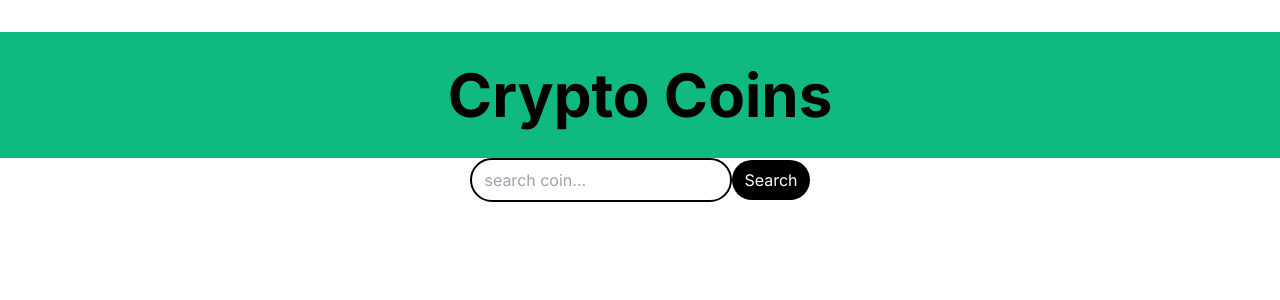
Repository: bittu-Patel/coins
Page: /
An editor plug-in stored every save of this project. The page is shown before and after a run of saves, followed by the edit.
The browser window is 1280 px wide. The pictures show the whole page.
The page's requests for data from a server got no answer. The project was rebuilt for these pictures with package versions that can differ from the ones it lists, and the page was loaded fresh each time. The framework's server and built-in components were replaced by stand-ins that run in the browser. No one was signed in, and anything a server would have sent is missing. Also part of the build but not shown: next.config.js.

Above is the page before, as saved 2023-12-18 16:37:29.

### app/page.js
"use client"

import { useState, useEffect } from "react"
import Coins from "./components/Coins";
import SearchCoins from "./components/SearchCoins";


export default function Home() {
const [coins, SetCoins] = useState([]);

useEffect(() => {
  const getCoins = async () => {
    const response = await fetch('/api/coins');
    const coins = await response.json();
    SetCoins(coins.data.coins);
  }

  getCoins();
  }, []);


  return (
   <div className="text-center">
<h1 className="font-bold text-6xl mt-8 py-8 border border-emerald-500 bg-emerald-500">Crypto Coins</h1>

<SearchCoins getSearchResults={(results) => SetCoins(results)}  />
<Coins coins={coins} />
   </div>
  )
}

### app/components/Coins.jsx
import Image from "next/image"


export default function Coins({coins}) {
  return (
    <>
    <ul className="grid grid-cols-4 mx-auto max-w-[1260px] gap-12">
{coins.map(coin => (
<li key={coin.uuid} className="flex flex-col gap-4 py-8">
    <Image
    src={coin.iconUrl}
    alt={coin.name}
width={70}
height={70}
    priority
    />
    <h3>{coin.name}</h3>
    <p>{coin.symbol}</p>
<p>{coin.price}</p>
</li>
))}
    </ul>
    </>
  )
}

### app/components/SearchCoins.jsx
"use client";
import Link from "next/link";
import { useState } from "react";

export default function SearchCoins({ getSearchResults }) {
  const [query, setQuery] = useState("");

  const handleSubmit = async (e) => {
    e.preventDefault();

    const response = await fetch(`/api/coins/search?query=${query}`);
    const coin = await response.json();

    getSearchResults(coin)
  };
  return (
    <div>
      <form onSubmit={handleSubmit}>
        <input
          className="text-black border-black border-2 rounded-full px-3 py-2 "
          type="text"
          placeholder="search coin... "
          value={query}
          onChange={(e) => setQuery(e.target.value)}
        />
        <button className="bg-black hover:bg-black/60 text-white rounded-full px-3 py-2 " type="submit">Search</button>
      </form>
    </div>
  );
}

Loaded but not shown: app/layout.js (common file); app/globals.css (common file); tailwind.config.js (common file)

After the next 3 saves:
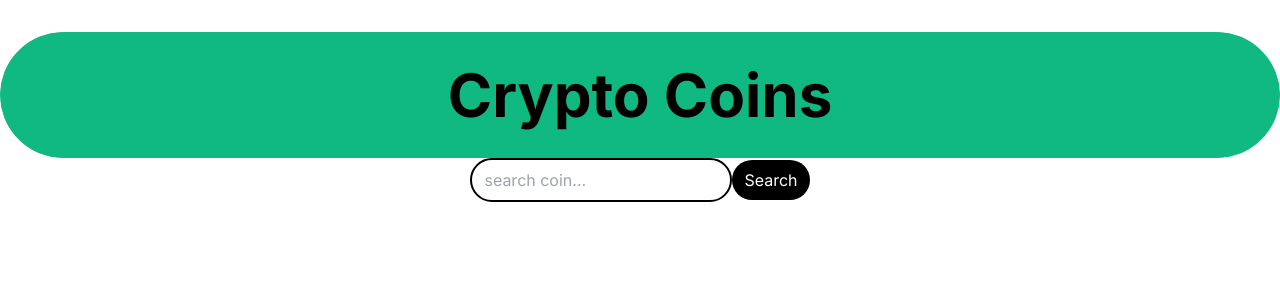
The 3 saves are shown as one change because they came seconds apart.
The last was saved 11 s later.
--- a/app/page.js
+++ b/app/page.js
@@ -21,7 +21,7 @@ useEffect(() => {
 
   return (
    <div className="text-center">
-<h1 className="font-bold text-6xl mt-8 py-8 border border-emerald-500 bg-emerald-500">Crypto Coins</h1>
+<h1 className="font-bold text-6xl mt-8 py-8 border border-emerald-500 bg-emerald-500 rounded-full">Crypto Coins</h1>
 
 <SearchCoins getSearchResults={(results) => SetCoins(results)}  />
 <Coins coins={coins} />
